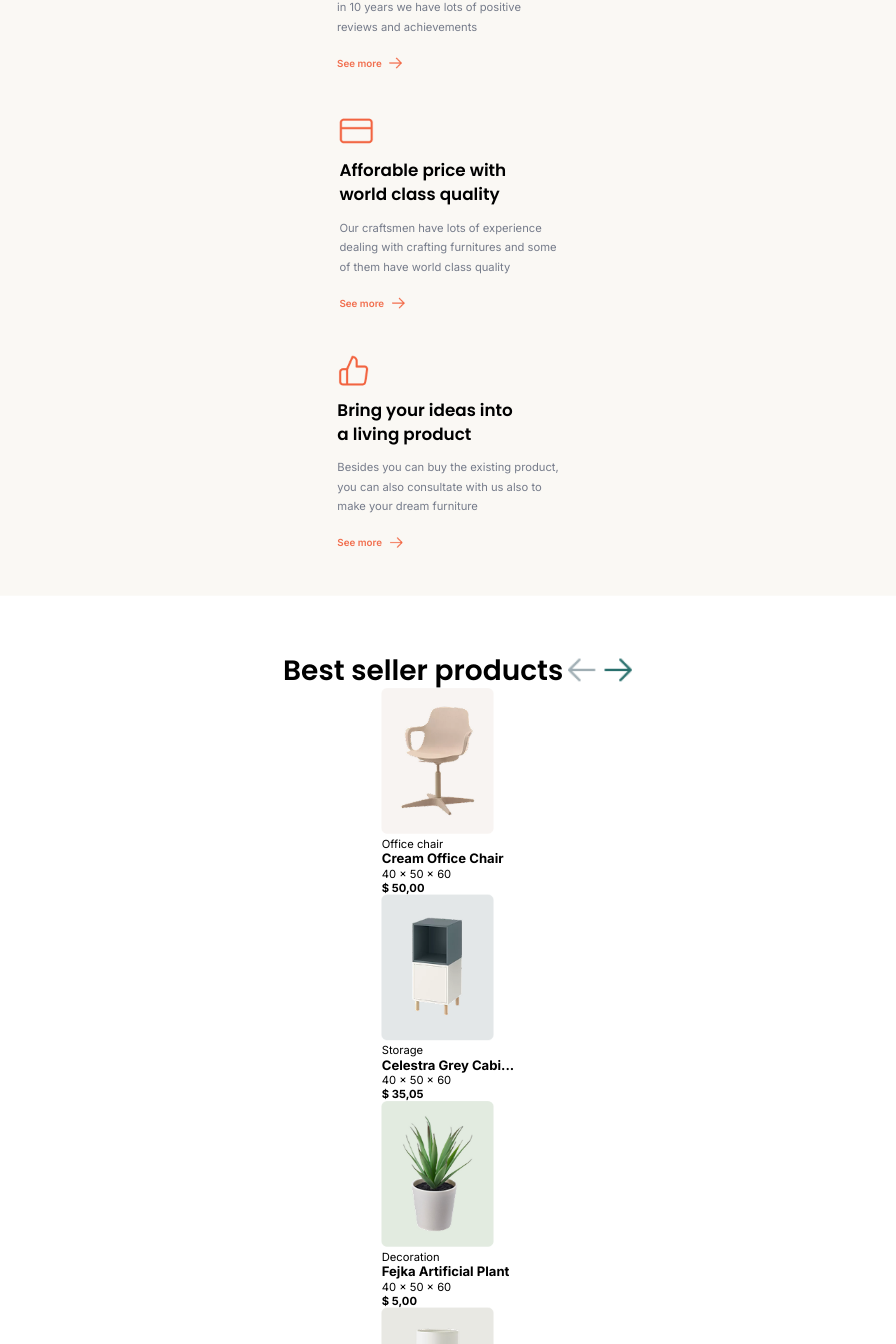
Repository: MatheusEich15/FrontEnd
Page: Prova 1 FrontEnd/Prova 1 FrontEnd/index.html
These files come from the project's save history. The page is drawn as it stood at one moment and after the next save; the edit follows.
The browser window is 1280 px wide. The pictures show the part of the page from y = 940 to 2860 px (the page is 6192 px tall), at 70% of full size.

Above is the page before, as saved 2026-03-12 13:42:31.

After the next save:
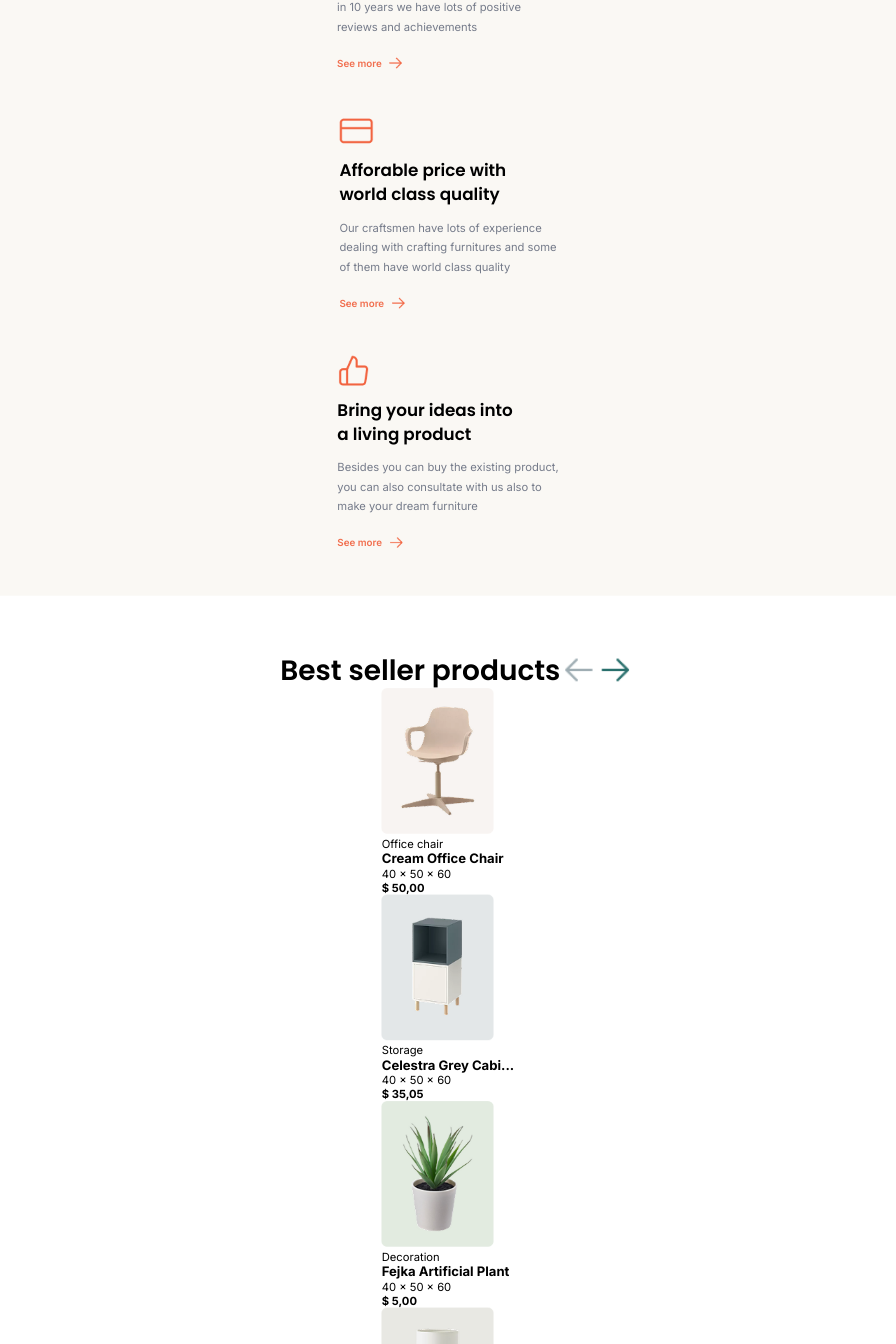
Saved 25 s later.
--- a/Prova 1 FrontEnd/Prova 1 FrontEnd/style.css
+++ b/Prova 1 FrontEnd/Prova 1 FrontEnd/style.css
@@ -193,5 +193,5 @@
 
 .title-btn {
     display: flex;
-    max-width: 4.5rem;
+    width: 4.5rem;
 }

After the 3 saves that followed:
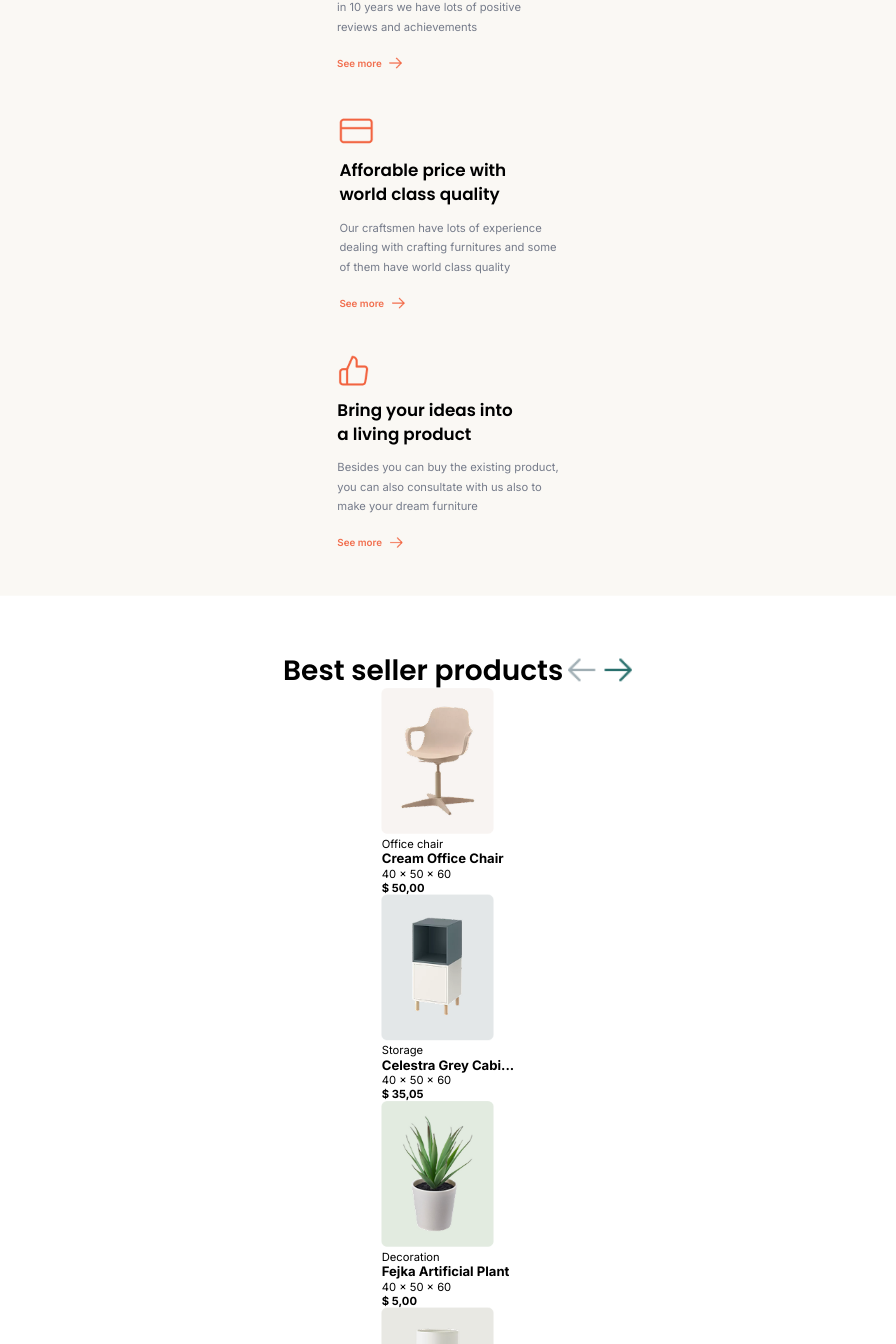
The 3 saves are shown as one change because they came seconds apart.
The last was saved 68 s later.
--- a/Prova 1 FrontEnd/Prova 1 FrontEnd/style.css
+++ b/Prova 1 FrontEnd/Prova 1 FrontEnd/style.css
@@ -193,5 +193,8 @@
 
 .title-btn {
     display: flex;
-    width: 4.5rem;
-}
+}
+
+.title-btn img {
+
+}
